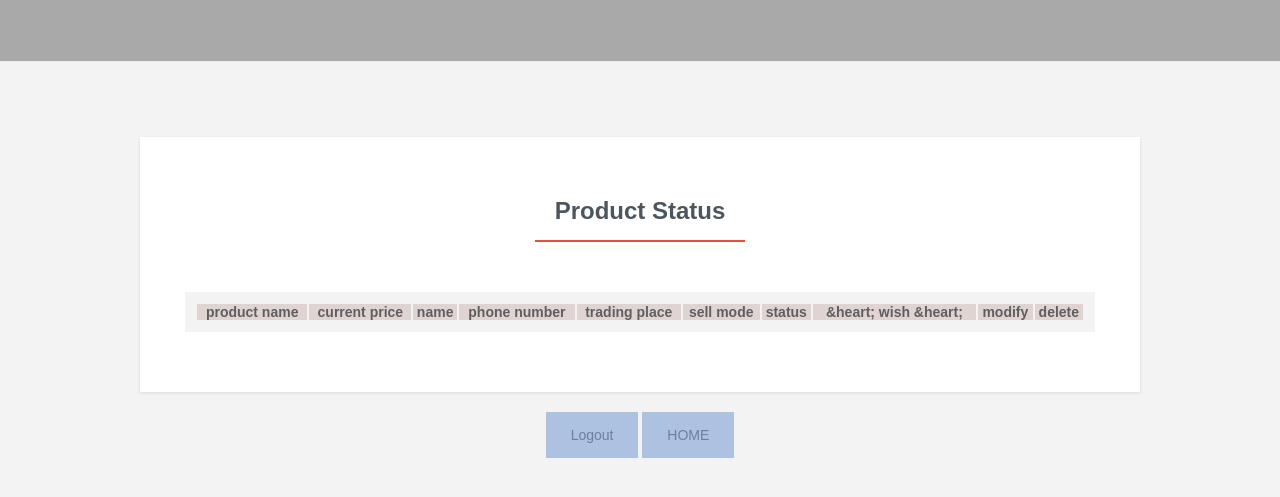
Repository: 0suh/SKKU_Web_project
Page: http://localhost/2018312257_YoungSuhChin_project/productstatus.jsp
The author's editor kept a copy of each file at every save. The page is drawn from the files as they stood at one save, then again after the next save.
The browser window is 1280 px wide. The pictures show the whole page.
The page is served by Tomcat 9. Queries for data that is not in the repository find no rows.

Above is the page before, as saved 2020-12-21 14:16:43.

### FinalProject/2018312257_YoungSuhChin_project/WebContent/productstatus.jsp
<%@ page language="java" contentType="text/html; charset=utf-8"
    pageEncoding="utf-8"%>
<%@ page import="java.util.*" %>

<!DOCTYPE html>
<%@ page import = "java.sql.*" %>
<html>
<head>
<meta charset="utf-8">
<title>product status</title>
<link rel="stylesheet" href="css/main.css"> <!-- link with css file -->
<link rel="stylesheet" href="css/login-register.css"> <!-- link with css file -->
</head>
<body>
<ul>
<li></li>
</ul>

<div class="main-content">
<%
response.setContentType("text/html;charset=utf-8");
request.setCharacterEncoding("utf-8"); //set charset, encoding
Class.forName("com.mysql.cj.jdbc.Driver"); //load driver
Connection con=null; //declare connection
Statement stmt=null; //declare statement
ResultSet rs=null; //declare result

try
{
	con=DriverManager.getConnection("jdbc:mysql://localhost:3306/dbuser","root","root"); //create connection
	stmt=con.createStatement();

	String query="select productname,price,name,phonenumber,tradingplace,sellmode,status,wish from product"; //sql select query
	rs=stmt.executeQuery(query); //execute query and store in resultset object rs.
%>
   <form class="form-register" action="memberdelete.jsp" method="post"  > <!-- goto memberdelete.jsp -->

   <div class="form-register-with-ID">
   <div class="form-white-background" style="width:1000px">
     <div class="form-title-row">
    <h1>Product Status</h1>
    </div>

   <table style="color:#5f5f5f;background-color: #f3f3f3;text-align: center;padding:10px;width:100%;margin:0px auto">

   <tr style="background-color:#e0d4d3">
   <td>product name</td> <!-- table for product name -->
   <td>current price</td> <!-- table for price -->
   <td>name</td> <!-- table for name -->
   <td>phone number</td> <!-- table for phone number -->
   <td>trading place</td> <!-- table for trading place -->
   <td>sell mode</td> <!-- table for sell mode -->
   <td>status</td><!-- table for status -->
   <td>&heart; wish &heart; </td> <!-- table for the number of wish -->
   <td>modify</td> <!-- table for modify -->
   <td>delete</td> <!-- table for delete -->
   </tr>
   <%
   while(rs.next()){ //get object's field value
	   %>
	   <tr>

	   <td><%=rs.getString("productname") %></td> <!-- get product name -->
	   <td><%=rs.getString("price") %></td> <!-- get price -->
	   <td><%=rs.getString("name") %></td> <!-- get name -->
	   <td><%=rs.getString("phonenumber") %></td> <!-- get phone number -->
	   <td><%=rs.getString("tradingplace") %></td> <!-- get trading place -->
	   <td><%=rs.getString("sellmode") %></td> <!-- get sellmode -->
	   <td><%=rs.getString("status") %></td> <!-- get status -->
	   <td><%=rs.getString("wish") %></td> <!-- get the number of wish -->
	   <td><a href="modifyproduct.jsp?mod=<%=rs.getString("productname") %>" style="text-decoration: none; color:#6caee0">modify</a></td><!-- modify member -->
	   <td><a href="deleteproduct.jsp?del=<%=rs.getString("productname") %>" style="text-decoration: none; color:#6caee0">delete</a></td><!-- delete member -->
     </tr>
     <%
     } //end of the while
   %>
     </table>
     </div>
     <a href="logout.jsp" class="form-log-in-with-existing">Logout</a> <!-- log out -->

   <a href="welcomeseller.jsp" class="form-log-in-with-existing">HOME</a> <!-- return to home page -seller -->
    </div>
   </form>
   <%
   rs.close(); // ResultSet exit
   stmt.close(); // Statement exit
   con.close();  // Connection exit
}
   catch(SQLException e){
   out.println("err:"+e.toString());
   }
   %>
   </div>

</body>
</html>

### FinalProject/2018312257_YoungSuhChin_project/WebContent/css/main.css
@import url('http://fonts.googleapis.com/css?family=Open+Sans:400,700');

*{ /*entire setting*/
    margin: 0;
    padding: 0;
    box-sizing: border-box;
}

html{
	background-color: #efefef;
}

body{
	font:14px/1.5 Arial, Helvetica, sans-serif;
	margin:0;
}


ul {/*ul design (menu bar)*/
    list-style: none;
    border-bottom: 1px solid #EAEAEA;
    background-color: #A9A9A9;
    padding: 20px;
    margin-top: 0;
    text-align: center;
    margin-bottom: 75px;
}

ul a{/*ul menu bar link design*/
    text-decoration: none;
    color: #FFF;
    text-align: left;
    background-color: #bfcbde;
    padding: 10px 16px;
    border-radius: 2px;
    opacity: 0.8;
    font-size: 16px;
    display: inline-block;
    margin: 4px;
    line-height: 1;
    outline: none;

    transition: 0.2s ease;
}

ul li a.active{ /*menu hyperlink effect*/
    background-color:#bfcbde;
    pointer-events: none;
}

ul li a:hover { /*when mouse is on hyperlink*/
    opacity: 1;
}


ul li{ /*list design*/
    display: inline-block;

}


.main-content{/*main-content div design*/
    margin-bottom: 75px;
}

### FinalProject/2018312257_YoungSuhChin_project/WebContent/css/login-register.css
html{/*entire html color*/
    background-color: #f3f3f3;
}

.form-register{ /*div form-register design*/
    max-width: 1000px;
    width: 100%;
    margin: 0 auto;
    font: bold 14px sans-serif;
    text-align: center;
}

.form-register-with-ID{/*div form register ID*/
    position: relative;
    display: inline-block;
    vertical-align: top;
    margin-right: 30px;
    text-align: center;
}

.form-register-with-ID .form-white-background{/*div form white background design*/
    width: 570px;
    box-sizing: border-box;
    background-color: #ffffff;
    box-shadow: 0 1px 3px 0 rgba(0, 0, 0, 0.1);
    padding: 60px 45px;
    margin-bottom: 35px;
}

.form-register-with-ID .form-row{ /*form low design*/
    text-align: left;
    margin-bottom: 23px;
}

.form-register-with-ID .form-title-row{ /*form title row design*/
    text-align: center;
    margin-bottom: 50px;
}

.form-register-with-ID h1{ /*h1 text design in form register with ID div*/
    display: inline-block;
    box-sizing: border-box;
    color:  #4c565e;
    font-size: 24px;
    padding: 0 20px 15px;
    border-bottom: 2px solid #e74c3c;
    margin: 0;
}

.form-register-with-ID .form-row > label span{ /*label span design*/
    display: inline-block;
    box-sizing: border-box;
    color:  #5f5f5f;
    width: 125px;
    text-align: right;
    padding-right: 25px;
}
.classification-checkbox{ /*input type:check box design*/
	display: inline-block;
	box-sizing:border-box;
	width: 125px;
	text-align:center;
	color:  #5f5f5f;
}
#classification{/*id=classification design*/
	margin-right: 10px;

}
.form-register-with-ID input{/*register input blank design*/
    color:  #5f5f5f;
    box-sizing: border-box;
    width: 230px;
    box-shadow: 1px 2px 4px 0 rgba(0, 0, 0, 0.08);
    padding: 12px 18px;
    border: 1px solid #dbdbdb;
}
.form-register-with-ID button{/*register ID button*/
    display: block;
    border-radius: 2px;
    background-color:  #6caee0;
    color: #ffffff;
    font-weight: bold;
    box-shadow: 1px 2px 4px 0 rgba(0, 0, 0, 0.08);
    padding: 15px 35px;
    border: 0;
    margin: 55px auto 0;
    cursor: pointer;
}

.form-register-with-ID .form-log-in-with-existing{/*form log in with existing-div design*/
    text-decoration: none;
    padding: 15px 25px;
    font-weight: normal;
    color: #6d7f9c;
    background-color: #adc1e0;
}

After the next save:
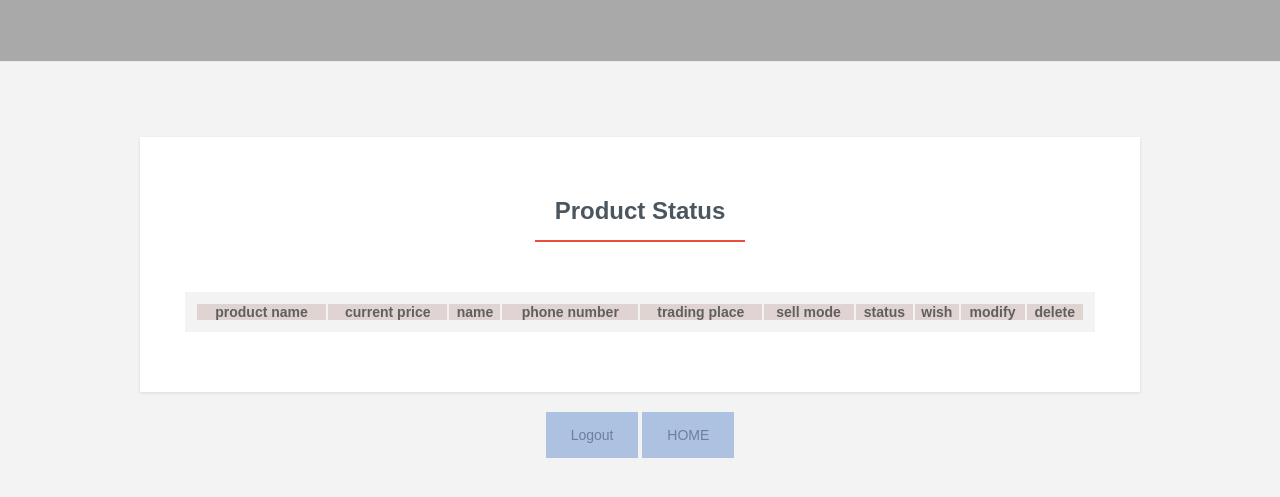
Saved 29 s later.
--- a/FinalProject/2018312257_YoungSuhChin_project/WebContent/productstatus.jsp
+++ b/FinalProject/2018312257_YoungSuhChin_project/WebContent/productstatus.jsp
@@ -51,7 +51,7 @@ try
    <td>trading place</td> <!-- table for trading place -->
    <td>sell mode</td> <!-- table for sell mode -->
    <td>status</td><!-- table for status -->
-   <td>&heart; wish &heart; </td> <!-- table for the number of wish -->
+   <td>wish</td> <!-- table for the number of wish -->
    <td>modify</td> <!-- table for modify -->
    <td>delete</td> <!-- table for delete -->
    </tr>
